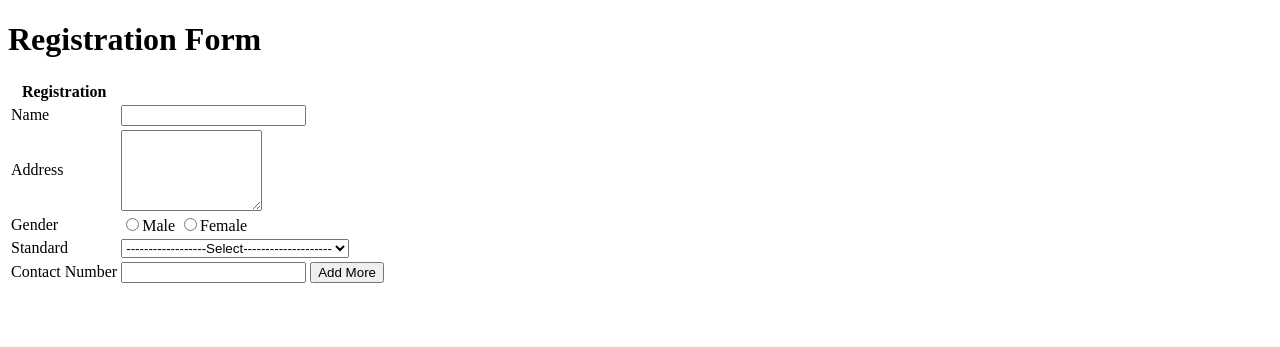
Repository: nsbgit/JavaTutorial
Page: http://localhost/2ndBatch/
An editor plug-in stored every save of this project. The page is shown before and after the next save, followed by the edit.
The browser window is 1280 px wide. The pictures show the whole page.
The page is served by Tomcat 9.

Above is the page before, as saved 2013-12-17 19:59:47.

After the next save:
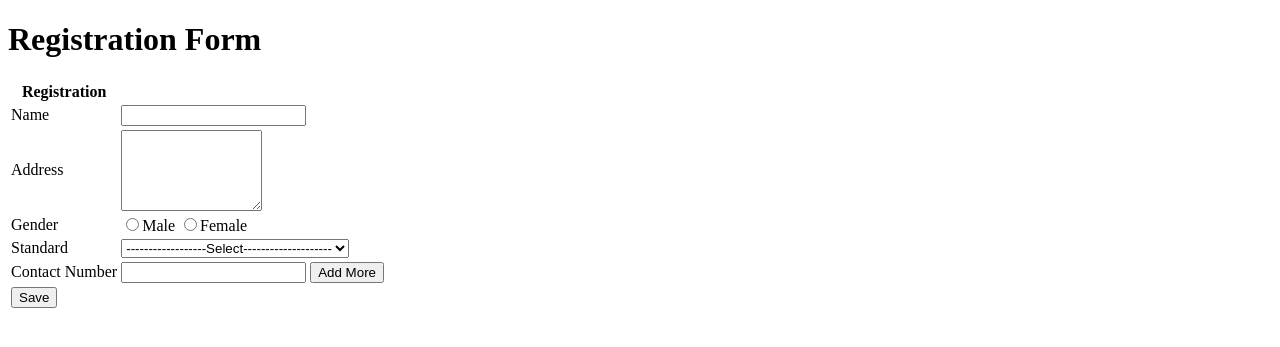
Saved 5 min 22 s later.
--- a/Webel Daily Home/J2EE Webel Tutorial Class/2ndBatch/WebContent/1st.jsp
+++ b/Webel Daily Home/J2EE Webel Tutorial Class/2ndBatch/WebContent/1st.jsp
@@ -74,6 +74,12 @@
 				</td>
 			</tr>
 
+			<tr>
+				<td>
+					<input type="submit" value="Save">
+				</td>
+			</tr>
+
 
 
 		</table>
